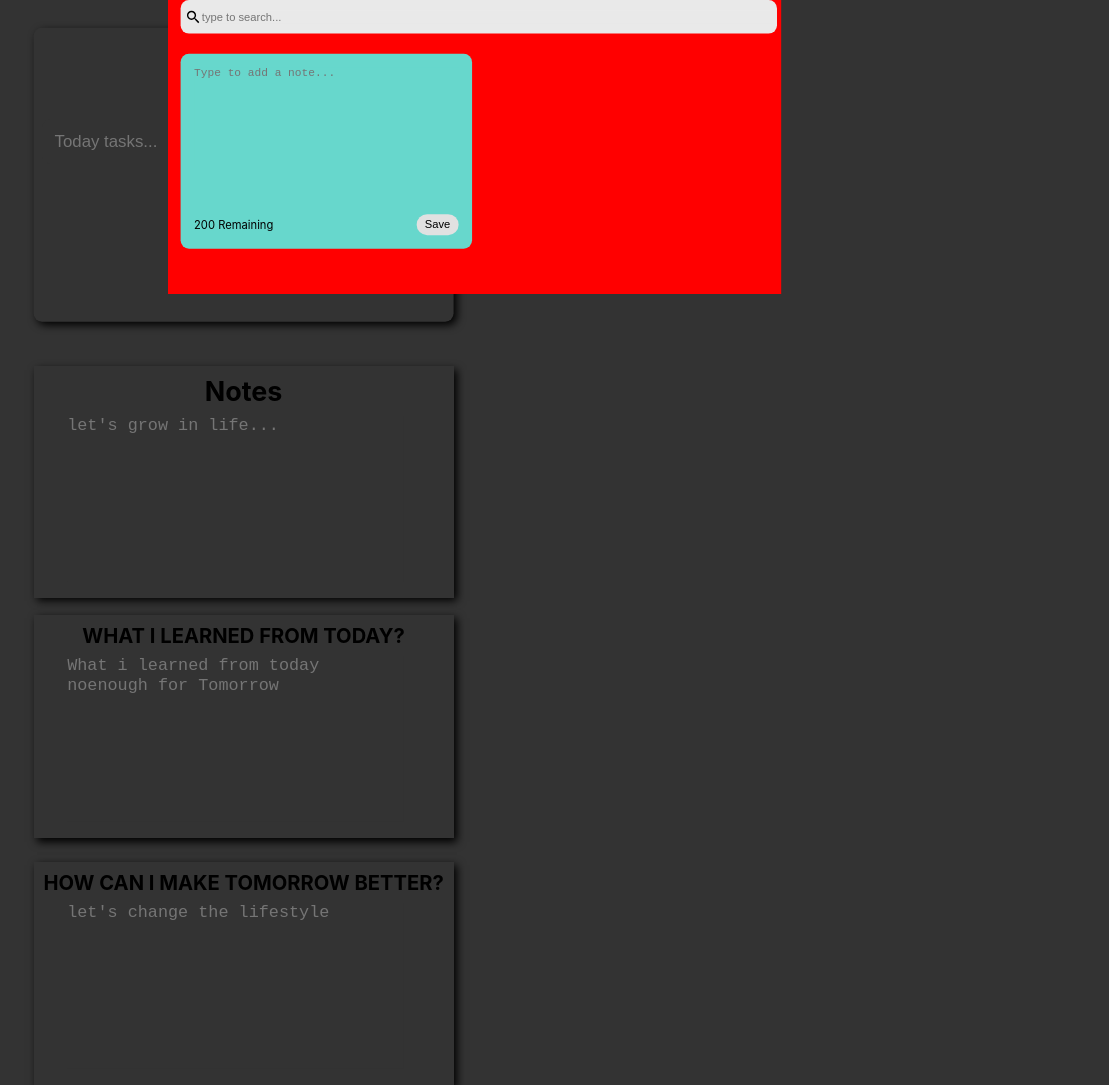
Repository: subhamRsahoo/note
Page: /
An editor plug-in stored every save of this project. The page is shown before and after the next save, followed by the edit.
The browser window is 1280 px wide. The page is 1320 px wide, so the pictures cover 1320 px, including what lies to the right of the window. The pictures show the whole page, at 84% of full size.
The project was rebuilt for these pictures with package versions that can differ from the ones it lists, and the page was loaded fresh each time. Also part of the build but not shown: src/components/New folder/components/Note.js.

Above is the page before, as saved 2021-07-15 18:04:50.

### public/index.html
<!DOCTYPE html>
<html lang="en">
  <head>
    <meta charset="utf-8" />
    <link rel="icon" href="%PUBLIC_URL%/favicon.ico" />
    <meta name="viewport" content="width=device-width, initial-scale=1" />
    <meta name="theme-color" content="#000000" />
    <meta
      name="description"
      content="Web site created using create-react-app"
    />
    <link rel="apple-touch-icon" href="%PUBLIC_URL%/logo192.png" />
    <link rel="manifest" href="%PUBLIC_URL%/manifest.json" />


    <!-- <link rel="stylesheet" href="https://cdnjs.cloudflare.com/ajax/libs/font-awesome/5.15.3/css/font-awesome.min.css"/> -->

    <!-- <link rel="stylesheet" href="https://bootswatch.com/4/materia/bootstrap.com"/> -->

    <title>React App</title>
  </head>
  <body>
    <noscript>You need to enable JavaScript to run this app.</noscript>
    <div id="root"></div>
  </body>
</html>

### src/App.js
import React from 'react'
import Hub from './components/Hub';
import Hub1 from './components/aaaa/Hub1';
import A from './components/New folder/A';

function App() {
    return (
        <div>
            <Hub/>
            <Hub1/>
            <A/>
        </div>
    )
}

export default App

### src/components/Hub.js
import React , {useState , useEffect}from "react";
import Header from "./Header";
import Form from "./Form";
import TodoList from "./TodoList";
import './App.css';


const Hub = () => {
  const initalState = JSON.parse(localStorage.getItem("todos")) || [];
  const [input ,setInput] = useState("");
  const [todos ,setTodos] = useState(initalState);
  const [editTodo , setEditTodo] = useState(null);

  useEffect(() => {
    localStorage.setItem("todos" , JSON.stringify(todos))
  }, [todos]);
  return (
    <div className="container">
      <div className="app-wrapper">
        <div>
          <Header/>
        </div>
        <div>
          <Form
          input={input}
          setInput={setInput}
          todos={todos}
          setTodos={setTodos}
          editTodo={editTodo}
          setEditTodo={setEditTodo}
          />
        </div>
        <div>
          <TodoList todos={todos} setTodos={setTodos} setEditTodo={setEditTodo}/>
        </div>
      </div>
    </div>

  );
}

export default Hub;

### src/components/aaaa/Hub1.js
import React, { Component } from 'react';
import FormDataComponent from './components/form-data.component';
class  Hub1 extends Component {
  render() {
    return (
      <div >
        <FormDataComponent />
      </div>
    );
  }
}

export default Hub1;

### src/components/New folder/A.js
import React from 'react';
import './index.css';
import App from './App';


function A() {
    return (
        <div>
            <App />
        </div>
    )
}

export default A

### src/components/Header.js
import React from 'react'

function Header() {
    return (
        <div className="header">
            <h1>Todo</h1>
        </div>
    )
}

export default Header

### src/components/Form.js
import React , {useEffect} from 'react'
import {v4 as uuidv4} from "uuid";
import AddIcon from '@material-ui/icons/Add';

 const Form =({input , setInput , todos , setTodos , editTodo , setEditTodo }) => {
     const updateTodo = (title , id, completed) =>
     {
         const newTodo = todos.map((todo)=>

             todo.id === id ? {title,id, completed} : todo
         )
         setTodos(newTodo);
         setEditTodo("");
     }
     useEffect(() =>
     {
         if(editTodo)
         {
             setInput(editTodo.title);
         }else{
             setInput("")
         }
     }, [setInput , editTodo]);

     const onInputChange= (event) =>
     {
       setInput(event.target.value);
     };

     const onFormSubmit = (event) =>
     {
        event.preventDefault();
        if(!editTodo){
            setTodos([...todos , {id:uuidv4(), title: input , completed: false}]);
            setInput("");
        }else{
            updateTodo(input , editTodo.id , editTodo.completed)
        }
     }
    return (
       <form onSubmit={onFormSubmit}>
           <input type="text" placeholder="Today tasks... " className="task-input"
           value={input} required onChange={onInputChange} limit={3}/>
           <button type="submit" className="Add">
            <AddIcon/>
           </button>
       </form>
    )
}

export default Form

### src/components/TodoList.js
import React from 'react'
import DoneIcon from '@material-ui/icons/Done';
import EditIcon from '@material-ui/icons/Edit';
import DeleteIcon from '@material-ui/icons/Delete';

const TodoList = ({todos , setTodos , setEditTodo}) => {

    const handleDelete = ({id}) =>
    {
        setTodos(todos.filter((todo) => todo.id !== id));
    }

    const handleComplete = (todo) =>
    {
        setTodos(
            todos.map((item) => {
                if(item.id === todo.id){
                    return {...item , completed: !item.completed};
                }
                return item
            })
        )
    }

    const handleEdit =({id}) =>{
        const findTodo = todos.find((todo) => todo.id === id);
        setEditTodo(findTodo);
    };
    return (
        <div>
           {todos.map((todo) => (
               <li className="list-item"  key={todo.id}>
                   <input type="text"
                     value={todo.title}
                     className={`list ${todo.completed ? "complete" : "" }`}
                     onChange={(event)=> event.preventDefault()}
                   />
                   <div>
                       <button className="button-complete task-button" onClick={() => handleComplete(todo)}>
                          <i><DoneIcon/></i>
                       </button>
                       <button className="button-edit task-button" onClick={()=> handleEdit(todo)}>
                          <i><EditIcon/></i>
                       </button>
                       <button className="button-delete task-button"  onClick={()=> handleDelete(todo)}>
                          <i><DeleteIcon/></i>
                       </button>
                   </div>
               </li>
           ))}
        </div>
    );
}

export default TodoList;

### src/components/App.css
::-webkit-scrollbar {
  width: 9px;
}
::-webkit-scrollbar-thumb {
  background-color: #a8a8a8;
}
::-webkit-scrollbar-thumb:hover {
  background: #828282;
}
::-webkit-scrollbar-track {
  background: #cccccc;
}

body {
  font-family: -apple-system, BlinkMacSystemFont, 'Segoe UI', 'Roboto', 'Oxygen',
    'Ubuntu', 'Cantarell', 'Fira Sans', 'Droid Sans', 'Helvetica Neue',
    sans-serif;
  -webkit-font-smoothing: antialiased;
  -moz-osx-font-smoothing: grayscale;
  background: #333;
}

code {
  font-family: source-code-pro, Menlo, Monaco, Consolas, 'Courier New',
    monospace;
}


*
{
  margin: 0;
  padding: 0;
}

.container
{
  margin-top: 10px;
  width: 100%;
  min-height: 55vh;
  display: grid;
  justify-content: left;
  /* margin-left: 40px; */
  right: 500px;
  align-items: center;
  position: relative;
  box-sizing: border-box;
  left: 40px;
}

.app-wrapper
{
  background-color: #333;
  width: 500px;
  min-height: 350px;
  padding: 10px;
  box-sizing: border-box;
  border-radius: 10px;
  box-shadow: 4px 4px 10px #000;
  /* margin-bottom: 150px; */

}

.header h1
{
  color: black;
  text-align: left;
  margin: 30px 0;
  margin-left: 200px;
}

.task-input
{
  outline: none;
  width: 350px;
  padding: 15px;
  margin-right: 25px;
  font-size: 20px;
  color: white;
  background-color: #333;
  border: none;
  border-radius: 10px;
}

.task-input:hover
{
  box-shadow: 6px 4px 10px #000;
}

.Add
{
  width: 70px;
  padding: 5px 5px;
  border: 0;
  cursor: pointer;
  border-style: transparent;
  background-color: #333;
}

.Add:hover
{
  border-radius: 10px;
  box-shadow: 6px 4px 10px #000;
}

.list-item
{
  display: flex;
  margin: 20px 0;
  border: none;
  border-radius: 10px;
  padding: 7px;
  max-height: 20px;
}

.list-item:hover
{
  box-shadow: 6px 4px 10px #000;
}

.button-complete,
.button-delete,
.button-edit
{
  border: none;
  outline: none;
  cursor: pointer;
  background-color: transparent;
  font-size: 20px;
  border-radius: 50%;
}

.button-complete
{
  color: #ff6c6c;
  margin-right: 10px;
  margin-left: 70px;
}

.button-edit
{
  color: #e2d029;
  margin-right: 10px;
}

.button-delete
{
  color: lightseagreen;
}

.complete
{
  text-decoration-style: solid;
  text-decoration-line: line-through;
  text-decoration-color: #ff6c6c;
  opacity: 0.6;
}

.list
{
  width: 250px;
  background-color: #333;
  border: none;
  color: wheat;
  font-size: 20px;
  padding-left: 10px;
  margin-right: 15px;
}

input:focus,
button:focus
{
  outline: none;
}

@media screen and (max-width:768px)
{
  .container
  {
    left : 120px;
  }
  .app-wrapper
  {

    min-width: 400px;
    min-height: 260px;
    /* margin-top: 15px; */
  }
}

@media screen and (max-width:540px)
{
  .container
  {
    left: 40px;
  }
}

@media screen and (max-width: 1020px)
{
  .app-wrapper
  {
    min-width: 200px;
    min-height: 260px;
    margin-top: 15px;
  }
}

### src/components/aaaa/components/form-data.component.js
import React, { Component } from 'react';
import './design.css';
export default class FormDataComponent extends Component {
    userData;

    constructor(props) {
        super(props);

        this.onChangeName = this.onChangeName.bind(this);
        this.onChangeName1 = this.onChangeName1.bind(this);
        this.onChangeName2 = this.onChangeName2.bind(this);
        this.onSubmit = this.onSubmit.bind(this);

        this.state = {
            name: '',
            name1: '',
            name2: ''
        }
    }

    // Form Values
    onChangeName(e) {
        this.setState({ name: e.target.value })
    }

    onChangeName1(e) {
        this.setState({ name1: e.target.value })
    }

    onChangeName2(e) {
        this.setState({ name2: e.target.value })
    }


    // React Life Cycle
    componentDidMount() {
        this.userData = JSON.parse(localStorage.getItem('user'));

        if (localStorage.getItem('user')) {
            this.setState({
                name: this.userData.name,
                name1: this.userData.name1,
                name2: this.userData.name2
            })
        } else {
            this.setState({
                name: '',
                name1: '',
                name2: ''
            })
        }
    }

    componentWillUpdate(nextProps, nextState) {
        localStorage.setItem('user', JSON.stringify(nextState));
    }

    onSubmit(e) {
        e.preventDefault()
        console.log(this.state.props)
    }


    render() {
        return (

                <form className="form" onSubmit={this.onSubmit}>
                    <div className="contain">
                        <h1>Notes</h1>
                        <textarea type="text" placeholder="let's grow in life..." className="text1" value={this.state.name} onChange={this.onChangeName} />
                        {/* <button type="submit" className="btn1">Save</button> */}
                    </div>


                    <div className="contain1">
                        <h2>WHAT I LEARNED FROM TODAY?</h2>
                        <textarea type="text" placeholder="What i learned from today noenough for Tomorrow" className="text2" value={this.state.name1} onChange={this.onChangeName1} />
                        {/* <button type="submit" className="btn2">Save</button> */}
                    </div>

                    <div className="contain2">
                        <h2>HOW CAN I MAKE TOMORROW BETTER?</h2>
                        <textarea type="text" placeholder="let's change the lifestyle" className="text3" value={this.state.name2} onChange={this.onChangeName2} />
                        {/* <button type="submit" className="btn3">Save</button> */}
                    </div>
                </form>

        )
    }
}

### src/components/New folder/index.css
body {
	margin: 0;
	font-family: -apple-system, BlinkMacSystemFont, 'Segoe UI',
		'Roboto', 'Oxygen', 'Ubuntu', 'Cantarell', 'Fira Sans',
		'Droid Sans', 'Helvetica Neue', sans-serif;
	-webkit-font-smoothing: antialiased;
	-moz-osx-font-smoothing: grayscale;
}

code {
	font-family: source-code-pro, Menlo, Monaco, Consolas,
		'Courier New', monospace;
}

.header {
	display: flex;
	align-items: center;
	justify-content: space-between;
}


.container1 {
	display: grid;
	width: 700px;
	/* margin-right: auto;  */
	position: absolute;
	left: 200px;
	bottom: 370px;
	padding-right: 15px;
	padding-left: 15px;
	height: 350px;
	background-color:red;
}

.notes-list {
	display: grid;
	grid-gap: 1rem;
	grid-template-columns: repeat(
		auto-fill,
		minmax(250px, 1fr)
	);
}

.note.new {
	background-color: #67d7cc;
	height: 200px;
	margin-bottom: 200px;
}

textarea {
	border: none;
	resize: none;
	background-color: #67d7cc;
}

textarea:focus {
	outline: none;
}

.save {
	background-color: #e1e1e1;
	border: none;
	border-radius: 15px;
	padding: 5px 10px 5px 10px;
}

.save:hover {
	background-color: #ededed;
	cursor: pointer;
}

.note {
	background-color: #fef68a;
	border-radius: 10px;
	padding: 1rem;
	height: 200px;
	display: flex;
	flex-direction: column;
	justify-content: space-between;
	white-space: pre-wrap;
}

.note-footer {
	display: flex;
	align-items: center;
	justify-content: space-between;
}

.delete-icon {
	cursor: pointer;
}

.search {
	display: flex;
	align-items: center;
	background-color: rgb(233, 233, 233);
	width: 700px;
	height: 30px;
	border-radius: 10px;
	padding: 5px;
	margin-bottom: 1.5em;
}

.search input {
	border: none;
	background-color: rgb(233, 233, 233);
	width: 100%;
}

.search input:focus {
	outline: none;
}

### src/components/New folder/App.js
import { useState, useEffect } from 'react';
import { nanoid } from 'nanoid';
import NotesList from './components/NotesList';
import Search from './components/Search';

const App = () => {
	const [notes, setNotes] = useState([
		// {
		// 	id: nanoid(),
		// 	text: 'This is my first note!',
		// 	date: '15/04/2021',
		// },
		// {
		// 	id: nanoid(),
		// 	text: 'This is my second note!',
		// 	date: '21/04/2021',
		// },
		// {
		// 	id: nanoid(),
		// 	text: 'This is my third note!',
		// 	date: '28/04/2021',
		// },
		// {
		// 	id: nanoid(),
		// 	text: 'This is my new note!',
		// 	date: '30/04/2021',
		// },
	]);

	const [searchText, setSearchText] = useState('');

	useEffect(() => {
		const savedNotes = JSON.parse(
			localStorage.getItem('react-notes-app-data')
		);

		if (savedNotes) {
			setNotes(savedNotes);
		}
	}, []);

	useEffect(() => {
		localStorage.setItem(
			'react-notes-app-data',
			JSON.stringify(notes)
		);
	}, [notes]);

	const addNote = (text) => {
		const date = new Date();
		const newNote = {
			id: nanoid(),
			text: text,
			date: date.toLocaleDateString(),
		};
		const newNotes = [...notes, newNote];
		setNotes(newNotes);
	};

	const deleteNote = (id) => {
		const newNotes = notes.filter((note) => note.id !== id);
		setNotes(newNotes);
	};

	return (
		<div >
			<div className='container1'>
				<Search handleSearchNote={setSearchText} />
				<NotesList
					notes={notes.filter((note) =>
						note.text.toLowerCase().includes(searchText)
					)}
					handleAddNote={addNote}
					handleDeleteNote={deleteNote}
				/>
			</div>
		</div>
	);
};

export default App;

### src/components/aaaa/components/design.css
.form
{
    width: 100%;
    height: 250px;
    display: grid;
    margin: 0;
    padding: 0;
}


.contain
{
    display: grid;
    width: 500px;
    left: 40px;
    top: 30px;
    bottom: 10px;
    box-shadow: 4px 4px 10px #000;
    position: relative;
    box-sizing: border-box;

}

.text1
{
    margin-top: 10px;
   width: 400px;
   height: 197px;
   margin-left: 40px;
   background-color: #333;
   border-style: none;
   color: white;
   border-style: none;
   font-size: 20px;
   margin-bottom: 20px;
}

.text1:hover
{
    box-shadow: 4px 4px 10px #000;
}

.contain h1
{
    margin-top: 10px;
   text-align: center;
}

/* .btn1
{
    background-color: #333;
    margin-left: 70px;
    text-decoration-color: white;
    border-style: none;
    color: white;
    cursor: pointer;
    margin-bottom: 10px;
    padding: 8px 8px;
    border-radius: 10px;
}

.btn1:hover
{
    box-shadow: 4px 4px 10px #000;
    padding: 8px 8px;
} */


.contain1
{
    width: 500px;
    top: 50px;
    left: 40px;
    box-shadow: 4px 4px 10px #000;
    position: relative;
    box-sizing: content-box;
    display: grid;
}

.text2
{
    margin-top: 10px;
    width: 400px;
    height: 197px;
    margin-left: 40px;
    background-color: #333;
    border-style: none;
    color: white;
    border-style: none;
    font-size: 20px;
    margin-bottom: 20px;
}

.text2:hover
{
    box-shadow: 4px 4px 10px #000;
}


.contain1 h2
{
    margin-top: 10px;
   text-align: center;
}

/* .btn2
{
    background-color: #333;
    margin-left: 70px;
    text-decoration-color: white;
    border-style: none;
    color: white;
    cursor: pointer;
    margin-bottom: 10px;
    padding: 8px 8px;
    border-radius: 10px;
}

.btn2:hover
{
    box-shadow: 4px 4px 10px #000;
    padding: 8px 8px;
} */

.contain2
{
   width: 500px;
    margin-top: 620px;
    margin-left: 40px;
    /* bottom: 630px; */
    box-shadow: 4px 4px 10px #000;
    position: absolute;
    box-sizing:border-box;
    display: grid;
}

.text3
{
    margin-top: 10px;
    width: 400px;
    height: 197px;
    margin-left: 40px;
    background-color: #333;
    border-style: none;
    color: white;
    border-style: none;
    font-size: 20px;
    margin-bottom: 20px;
}

.text3:hover
{
    box-shadow: 4px 4px 10px #000;
}


.contain2 h2
{
    margin-top: 10px;
   text-align: center;
}

/* .btn3
{
    background-color: #333;
    margin-left: 70px;
    text-decoration-color: white;
    border-style: none;
    color: white;
    cursor: pointer;
    margin-bottom: 10px;
    padding: 8px 8px;
    border-radius: 10px;
}

.btn3:hover
{
    box-shadow: 4px 4px 10px #000;
    padding: 8px 8px;
} */

@media screen and (max-width:768px)
{
    .contain
    {
        left: 80px;
    }
    .contain1
    {
        left: 80px;
    }
    .contain2
    {
        left: 80px;
    }
}

@media screen and (max-width: 540px)
{
    .contain
    {
        left: 0;
    }
    .contain1
    {
        left: 0px;
    }
    .contain2
    {
        left: 0px;
    }
}

### src/components/New folder/components/AddNote.js
import { useState } from 'react';

const AddNote = ({ handleAddNote }) => {
	const [noteText, setNoteText] = useState('');
	const characterLimit = 200;

	const handleChange = (event) => {
		if (characterLimit - event.target.value.length >= 0) {
			setNoteText(event.target.value);
		}
	};

	const handleSaveClick = () => {
		if (noteText.trim().length > 0) {
			handleAddNote(noteText);
			setNoteText('');
		}
	};

	return (
		<div className='note new'>
			<textarea
				rows='8'
				cols='10'
				placeholder='Type to add a note...'
				value={noteText}
				onChange={handleChange}
			></textarea>
			<div className='note-footer'>
				<small>
					{characterLimit - noteText.length} Remaining
				</small>
				<button className='save' onClick={handleSaveClick}>
					Save
				</button>
			</div>
		</div>
	);
};

export default AddNote;

Loaded but not shown: src/index.js (common file); src/components/New folder/components/NotesList.js (common file); src/components/New folder/components/Search.js (common file)

After the next save:
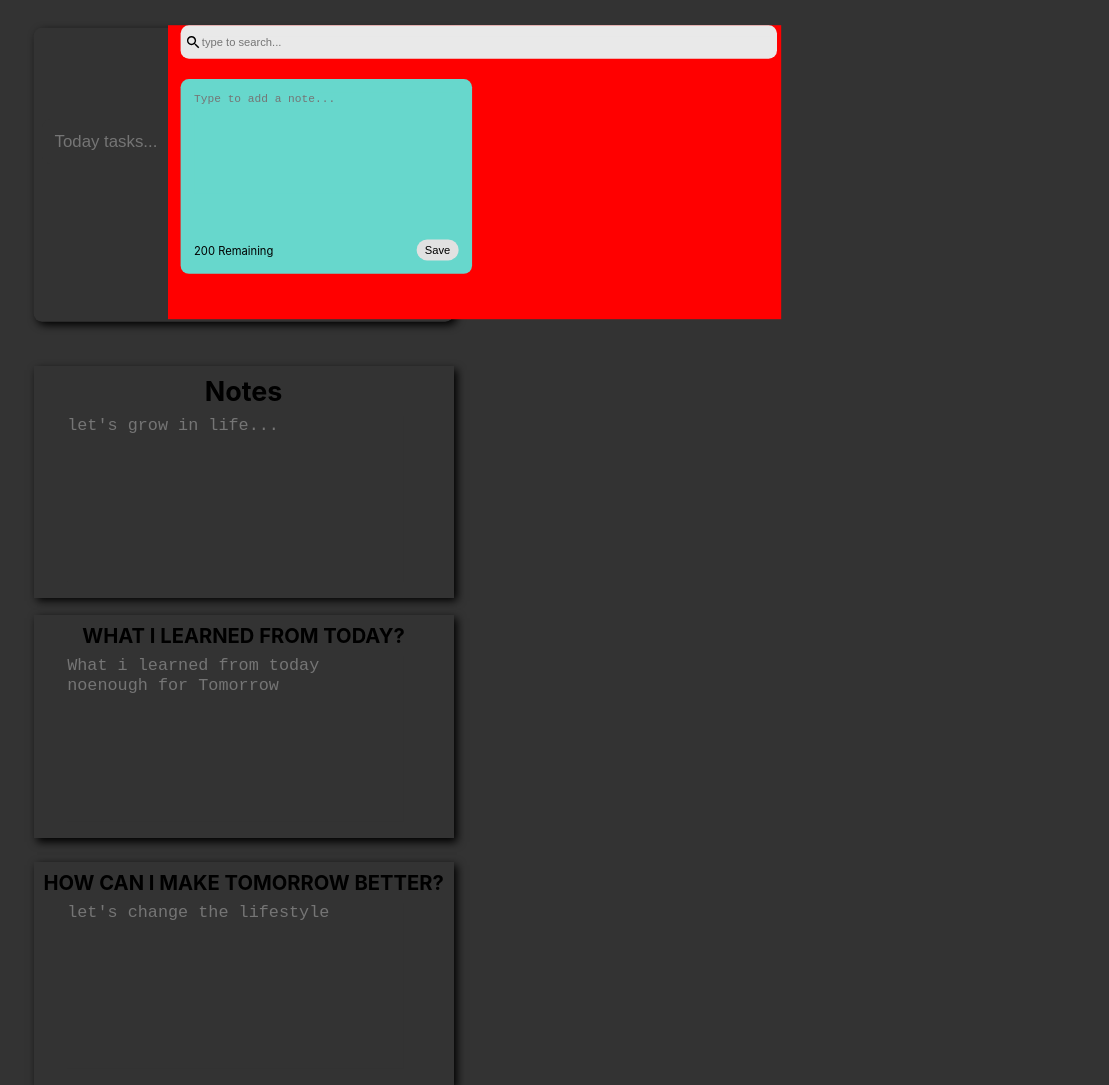
Saved 8 s later.
--- a/src/components/New folder/index.css
+++ b/src/components/New folder/index.css
@@ -25,7 +25,7 @@ code {
 	/* margin-right: auto;  */
 	position: absolute;
 	left: 200px;
-	bottom: 370px;
+	bottom: 340px;
 	padding-right: 15px;
 	padding-left: 15px;
 	height: 350px;
